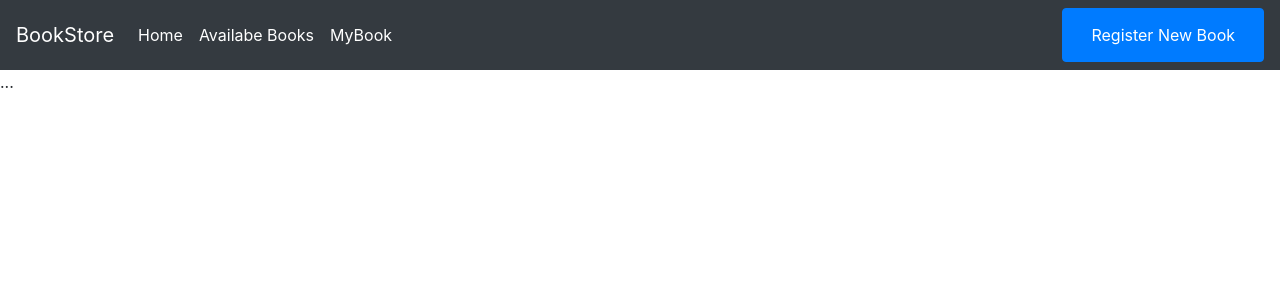
Repository: Sumanta-Sahoo/BookStoreApp
Page: bookstore/src/main/resources/static/availabeBooks.html
These files come from the project's save history. The page is drawn as it stood at one moment and after the next save; the edit follows.
The browser window is 1280 px wide. The pictures show the whole page.

Above is the page before, as saved 2024-03-15 12:24:19.

After the next save:
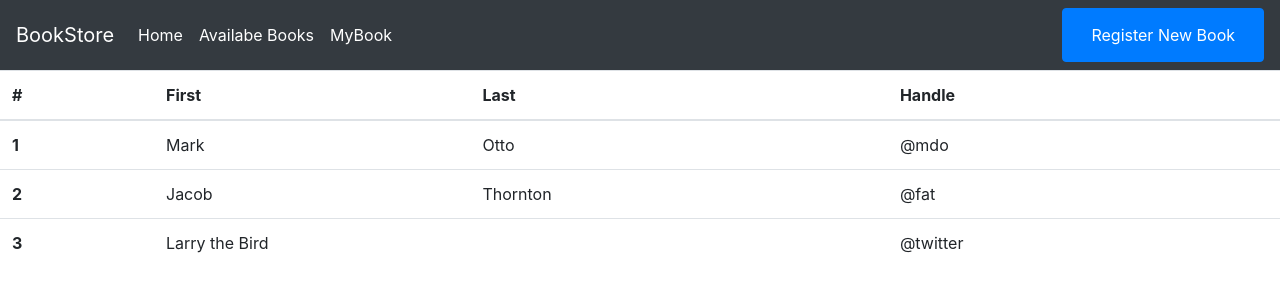
Saved 84 s later.
--- a/bookstore/src/main/resources/static/availabeBooks.html
+++ b/bookstore/src/main/resources/static/availabeBooks.html
@@ -43,8 +43,34 @@
 
 
 	<div>
-		<table class="table table-dark table-striped">
-			...
+		<table class="table">
+			<thead>
+				<tr>
+					<th scope="col">#</th>
+					<th scope="col">First</th>
+					<th scope="col">Last</th>
+					<th scope="col">Handle</th>
+				</tr>
+			</thead>
+			<tbody class="table-group-divider">
+				<tr>
+					<th scope="row">1</th>
+					<td>Mark</td>
+					<td>Otto</td>
+					<td>@mdo</td>
+				</tr>
+				<tr>
+					<th scope="row">2</th>
+					<td>Jacob</td>
+					<td>Thornton</td>
+					<td>@fat</td>
+				</tr>
+				<tr>
+					<th scope="row">3</th>
+					<td colspan="2">Larry the Bird</td>
+					<td>@twitter</td>
+				</tr>
+			</tbody>
 		</table>
 	</div>
 	<!--
